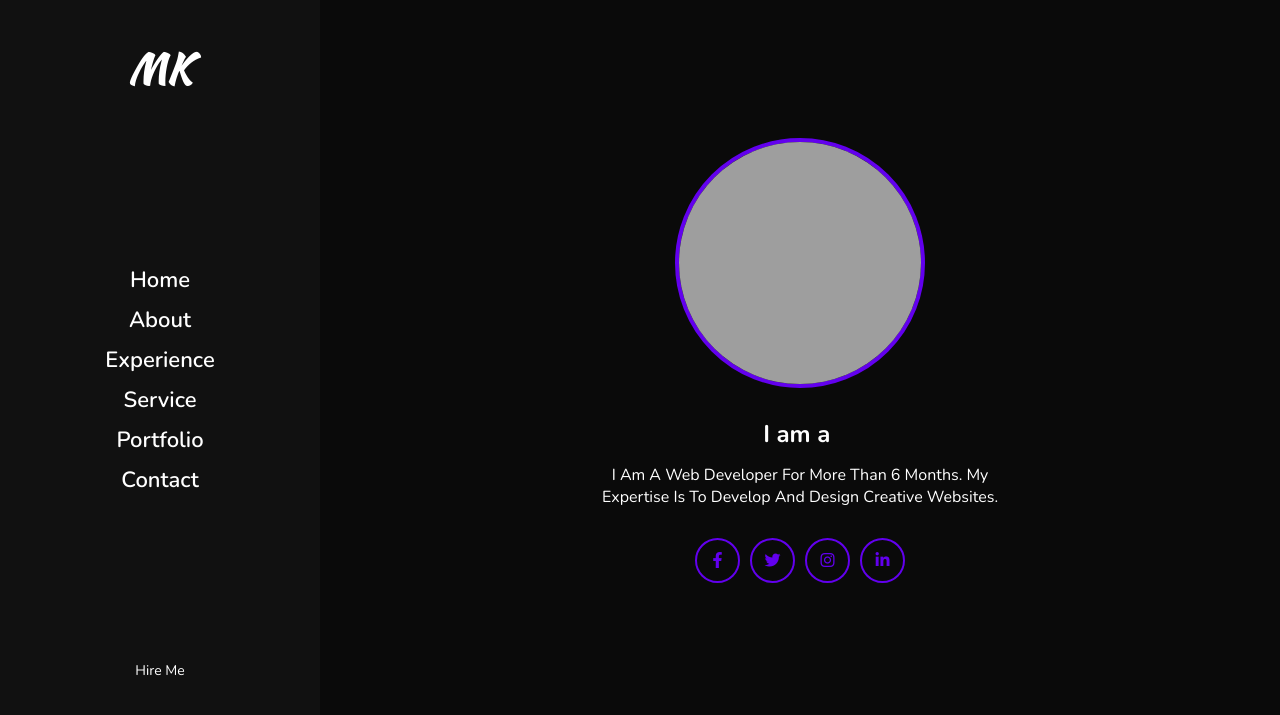
Repository: mk0144/Personal-Portfolio
Page: index.html
An editor plug-in stored every save of this project. The page is shown before and after a run of saves, followed by the edit.
The browser window is 1280 px wide. The pictures show the whole page.
Pictures or frames that could not be fetched are drawn as grey boxes. Some web libraries are served in a nearby version.

Above is the page before, as saved 2022-05-21 21:00:56.
Console error: SyntaxError: Unexpected token 'else'

### index.html
<!DOCTYPE html>
<html>

<head>
    <title>My Portfolio</title>
    <link href="./css/stylesheet.css" rel="stylesheet">
    <link href="./css/media.css" rel="stylesheet">
    <link href="https://cdnjs.cloudflare.com/ajax/libs/font-awesome/6.1.1/css/all.min.css" rel="stylesheet">
</head>

<body>
    <main>
        <!-- sidebar -->
        <header>
            <div class="logo">
                <h1>MK</h1>
            </div>

            <ul class="menu">
                <li class="menu_item"><a href="#">Home</a></li>
                <li class="menu_item"><a href="#">About</a></li>
                <li class="menu_item"><a href="#">Experience</a></li>
                <li class="menu_item"><a href="#">Service</a></li>
                <li class="menu_item"><a href="#">Portfolio</a></li>
                <li class="menu_item"><a href="#">Contact</a></li>
            </ul>

            <div class="hire">
                <a href="#">Hire Me</a>
            </div>

        </header>
        <!-- \sidebar -->

        <!-- pages -->
        <div class="pages">
            <!-- home -->
            <section class="home" onmousewheel="scrollFunc(0)">
                <div class="home_inner">
                    <div class="pic">
                        <img src="https://img.freepik.com/free-photo/handsome-confident-smiling-man-with-hands-crossed-chest_176420-18743.jpg?t=st=1652281811~exp=1652282411~hmac=6ffdf10012cb5dbc06aa54032b22c75f276b0e4fb6505f701aa6eadd4853c3fd&w=826"
                            alt="Self Image">
                    </div>

                    <h2>I am a <span id="roleText"></span></h2>

                    <p>
                        I Am A Web Developer For More Than 6 Months. My Expertise Is To Develop And Design Creative
                        Websites.
                    </p>

                    <ul class="social_links">
                        <li><a href="#"><i class="fa-brands fa-facebook-f"></i></a></li>
                        <li><a href="#"><i class="fa-brands fa-twitter"></i></a></li>
                        <li><a href="#"><i class="fa-brands fa-instagram"></i></a></li>
                        <li><a href="#"><i class="fa-brands fa-linkedin-in"></i></a></li>
                    </ul>

                </div>
            </section>
            <!-- \home -->


            <!-- about -->
            <section class="about" onmousewheel="scrollFunc(1)">
                <div class="about_inner">
                    <h1>About Me</h1>

                    <div class="bottom">
                        <div class="pic">
                            <img src="https://img.freepik.com/free-photo/attractive-laughing-guy-having-fun-smiling-happy_176420-18839.jpg?t=st=1652270858~exp=1652271458~hmac=8bf7c3dfd1bbd5bdfd2ee253775783bd67b9f300cc793455fe6b38c6d306b22e&w=826"
                                alt="Self Image">
                        </div>
                    </div>

                </div>
            </section>
            <!-- \about -->


            <!-- skills -->
            <section class="skills" onmousewheel="scrollFunc(2)">
                <div class="skills_inner">
                    <h1>Skills</h1>

                </div>
            </section>
            <!-- \skills -->


            <!-- experience -->
            <section class="experience" onmousewheel="scrollFunc(3)">
                <div class="experience_inner">
                    <h1>Experience</h1>
                </div>
            </section>
            <!-- \experience -->


        </div>
        <!-- \pages -->

    </main>


    <!-- script -->
    <script src="./js/script.js"></script>
</body>

</html>

### css/stylesheet.css
/* common */
@import url("https://fonts.googleapis.com/css2?family=Nunito:ital,wght@0,200;0,300;0,400;0,500;0,600;0,700;0,800;0,900;1,200;1,300;1,400;1,500;1,600;1,700;1,800;1,900&display=swap");
@import url("https://fonts.googleapis.com/css2?family=Kaushan+Script&family=Poppins:ital,wght@0,100;0,200;0,300;0,400;0,500;0,600;0,700;0,800;0,900;1,100;1,200;1,300;1,400;1,500;1,600;1,700;1,800;1,900&display=swap");

:root {
  --primary: #6200ee;
  --black: #0a0a0a;
  --blackDim: #111111;
}

* {
  margin: 0;
  padding: 0;
  box-sizing: border-box;
  list-style: none;
  text-decoration: none;
  font-family: "Nunito";
  font-size: 10px;
  color: white;
}

a {
  font-size: 1.4rem;
  display: inline-block;
}

span {
  display: inline-block;
}

img {
  width: 100%;
  height: 100%;
  object-fit: cover;
  object-position: center;
}

p {
  font-size: 1.6rem;
}

ul li {
  font-size: 1.6rem;
}

h1 {
  font-size: 3.2rem;
}

h2 {
  font-size: 2.4rem;
}
/* \common */

/* main */
main {
  width: 100%;
}
/* header */
header {
  width: 25%;
  height: 100%;
  position: fixed;
  padding: 4rem 2rem;
  background-color: var(--blackDim);
  text-align: center;
  display: flex;
  flex-direction: column;
  justify-content: space-between;
}
/* \header */

/* pages */
.pages {
  width: 75%;
  height: 100vh;
  overflow: hidden;
  margin: 0 0 0 25%;
}

.pages > section {
  width: 100%;
  height: 100vh;
  overflow: hidden;
  padding: 0 6rem;
  display: flex;
  align-items: center;
  transition: 2s;
}

.pages .home {
  background-color: var(--black);
  justify-content: center;
  text-align: center;
}

.pages .about {
  background-color: black;
}

.pages .skills {
  background-color: var(--black);
}

.pages .experience {
  background: black;
}
/* \pages */
/* /main */

/* header */
header .logo h1 {
  font-family: "Kaushan Script";
  font-size: 4rem;
  color: white;
}

header .menu {
  display: grid;
  row-gap: 1rem;
}

header .menu a {
  font-size: 2.2rem;
  font-weight: 600;
  transition: 0.5s;
}

header .menu_item.active a {
  color: var(--primary);
}

header .menu a:hover {
  color: var(--primary);
  transition: 0.5s;
}
/* \header */

/* pages */
/* home */
.home .home_inner {
  max-width: 400px;
}

.home .pic {
  width: 250px;
  height: 250px;
  border-radius: 50%;
  border: 4px solid var(--primary);
  margin: 0 auto 3rem;
}

.home h2 {
  margin: 0 0 1.4rem;
}

.home h2 span {
  font-size: 2.4rem;
  color: var(--primary);
  position: relative;
}

.home h2 span::after {
  content: "";
  display: inline-block;
  position: absolute;
  width: 3px;
  height: 100%;
  transform: scale(70%);
  background-color: var(--primary);
  animation: cursor_blink 0.3s steps(2) infinite;
}

@keyframes cursor_blink {
  0% {
    visibility: hidden;
  }
}

.home img {
  height: 100%;
  border-radius: 50%;
}

.home .social_links {
  display: flex;
  align-items: center;
  justify-content: center;
  column-gap: 1rem;
  margin: 3rem 0 0;
}

.home .social_links li a {
  width: 4.5rem;
  height: 4.5rem;
  padding: 5px;
  border-radius: 50%;
  border: 2px solid var(--primary);
  display: flex;
  align-items: center;
  justify-content: center;
  transition: 0.5s;
}

.home .social_links li a:hover {
  background-color: white;
  border-color: white;
  transition: 0.5s;
}

.home .social_links li i {
  font-size: 1.6rem;
  color: var(--primary);
  transition: 0.5s;
}

.home .social_links li a:hover i {
  color: var(--black);
  transition: 0.5s;
}
/* \home */

/* about */
.about h1 {
  margin: 0 0 1rem;
}

.about .pic {
  width: 300px;
  height: 350px;
}
/* \about */

/* skills */

/* \skills */
/* \pages */

### js/script.js
// variables
// sections
let scrollValues = [100, 100, 100, 100];
let sections = document.getElementsByTagName("section");
let menu_items = document.getElementsByClassName("menu_item");
menu_items[0].classList.add("active");
// \sections
// home
let roles = ["Web Developer", "Web Designer", "Director", "Marketer"];
let rolesI = 0;
let charPos = 0;
// \home
// \variables

/////////////// functions /////////////
// dynamic text
setInterval(function () {
  setText(roles[rolesI].charAt(charPos));

  if (roles[rolesI].length > charPos) {
    charPos++;
    console.log("if");
  }
    document.getElementById("roleText").innerHTML = null;

     else if (roles[roles.length -1].length !== charPos) {
      rolesI++;
      charPos = 0;
      console.log("else's else");
    } else {
      rolesI = 0;
      charPos = 0;
      console.log("else's if");
    }
}, 300);

function setText(text) {
  document.getElementById("roleText").innerHTML += text;
}
// \dynamic text

// smooth scroll
function scrollFunc(index) {
  let scrollToBottom = Math.sign(event.deltaY) === 1;

  if (scrollToBottom && scrollValues[index] > 0) {
    // go top to bottom sections
    if (scrollValues[index - 1] < 100 && scrollValues[index - 1] > 0) {
      scrollValues[index - 1] = scrollValues[index - 1] - 50;
      console.log("if's if", scrollValues);
      sections[index - 1].style.height = scrollValues[index - 1] + "vh";
    } else if (scrollValues.length - 1 !== index) {
      scrollValues[index] = scrollValues[index] - 50;
      console.log("if's else", scrollValues);
      sections[index].style.height = scrollValues[index] + "vh";
    }
  } else if (!scrollToBottom && scrollValues[0] !== 100) {
    // got bottom to top sections
    if (scrollValues[index] < 100) {
      scrollValues[index] = scrollValues[index] + 50;
      console.log("else if's if", scrollValues);
      sections[index].style.height = scrollValues[index] + "vh";
    } else if (scrollValues[index - 1] < 100) {
      scrollValues[index - 1] = scrollValues[index - 1] + 50;
      console.log("else if's else", scrollValues);
      sections[index - 1].style.height = scrollValues[index - 1] + "vh";
    }
  }
}
// \smooth scroll

Loaded but not shown: css/media.css (no stored copy; drawn as an empty file)

After the next 3 saves:
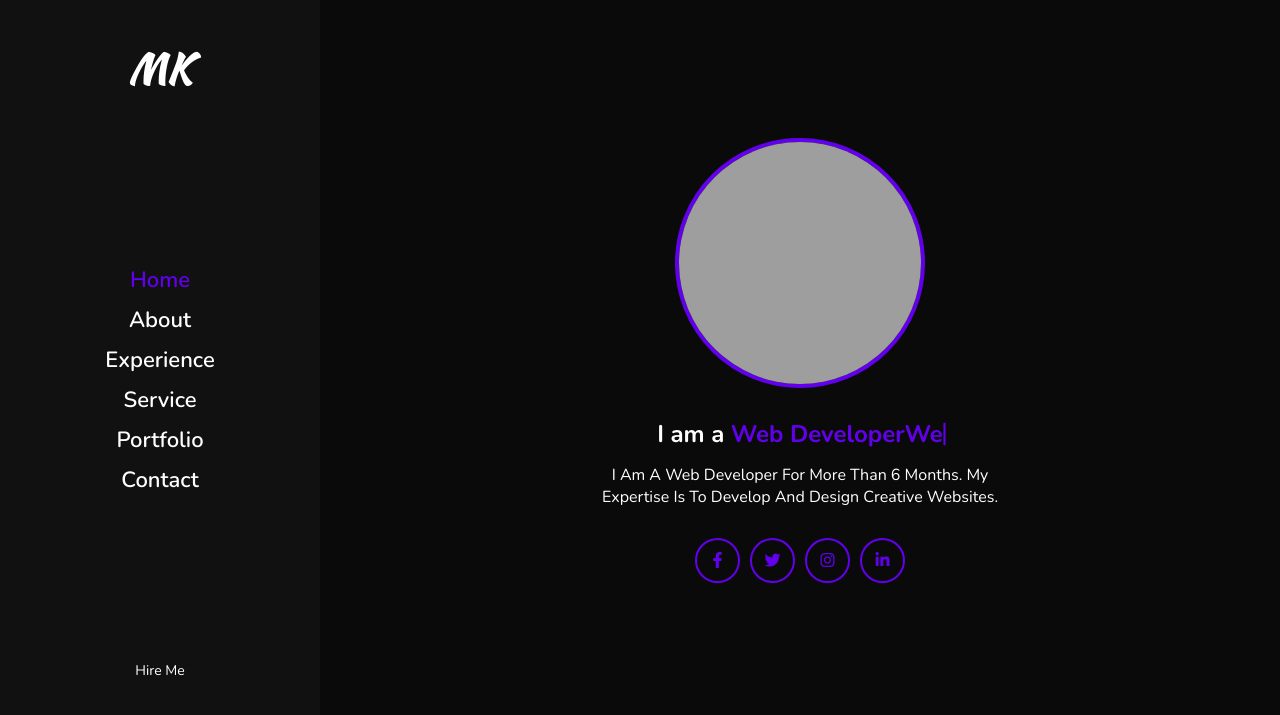
The error is gone.
The 3 saves are shown as one change because they came seconds apart.
The last was saved 10 s later.
--- a/js/script.js
+++ b/js/script.js
@@ -20,18 +20,15 @@ setInterval(function () {
   if (roles[rolesI].length > charPos) {
     charPos++;
     console.log("if");
+  } else if (roles[roles.length - 1].length !== charPos) {
+    rolesI++;
+    charPos = 0;
+    console.log("else's else");
+  } else {
+    rolesI = 0;
+    charPos = 0;
+    console.log("else's if");
   }
-    document.getElementById("roleText").innerHTML = null;
-
-     else if (roles[roles.length -1].length !== charPos) {
-      rolesI++;
-      charPos = 0;
-      console.log("else's else");
-    } else {
-      rolesI = 0;
-      charPos = 0;
-      console.log("else's if");
-    }
 }, 300);
 
 function setText(text) {
